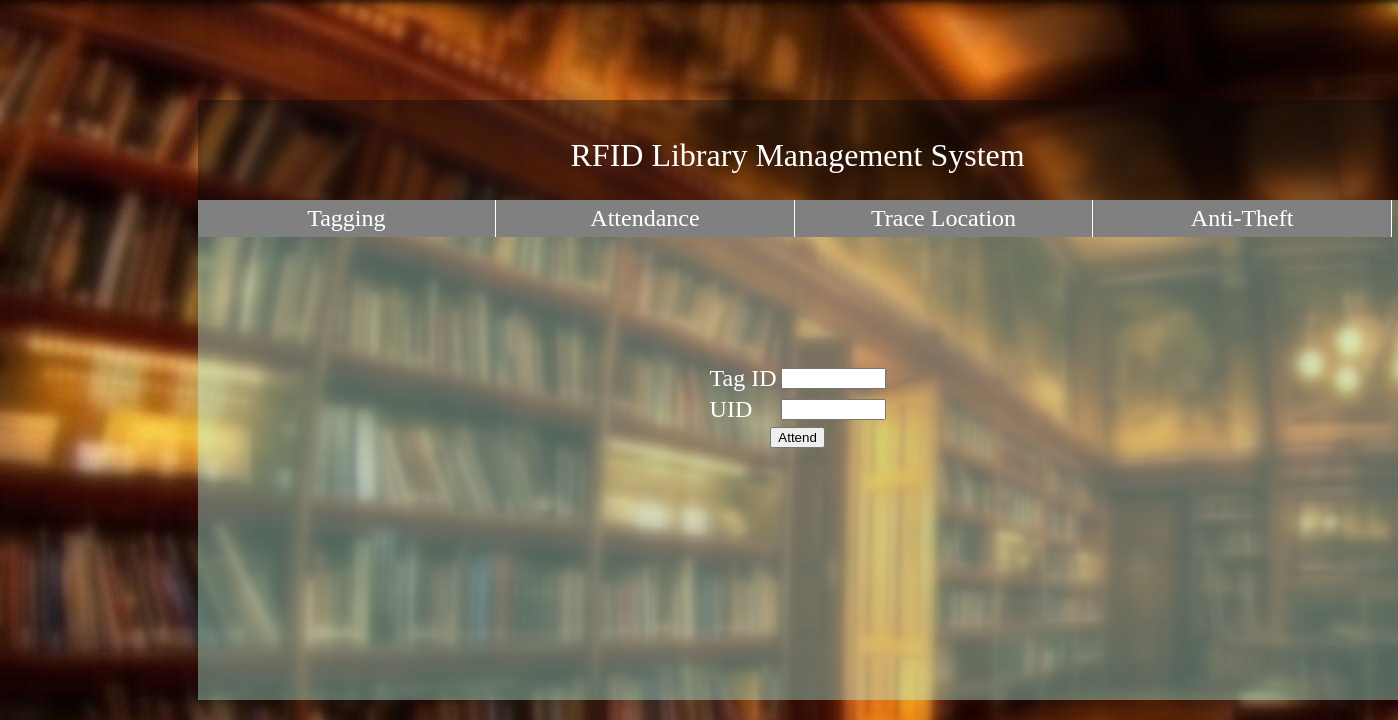
Repository: vigineshs/A-Smart-Data-Analyzer-for-Library-Management-System
Page: http://localhost/librarymgmt/attendance.jsp
The author's editor kept a copy of each file at every save. The page is drawn from the files as they stood at one save, then again after the next save.
The browser window is 1280 px wide. The page is 1398 px wide, so the pictures cover 1398 px, including what lies to the right of the window. The pictures show the whole page.
The page is served by Tomcat 9. Other server files are loaded and not shown.

Above is the page before, as saved 2013-02-11 14:46:08.

### PassiveRFID/CS203-Version 1.0.6/Demo Applications/Dot Net C#/Demo Applications Source Code/RFID/librarymgmt/WebContent/attendance.jsp
<%@ page language="java" contentType="text/html; charset=ISO-8859-1"
    pageEncoding="ISO-8859-1"%>
<!DOCTYPE html PUBLIC "-//W3C//DTD HTML 4.01 Transitional//EN" "http://www.w3.org/TR/html4/loose.dtd">
<html>
<head>
<title>RFID | Library Management System</title>
<link rel="stylesheet" type="text/css" href="page.css ">

</head>
<body>
<div class="center">
<div id="container">
<div id="header"><br/>
RFID Library Management System
</div>
<div id="content">
<ul>
<li><a href="tag.jsp">Tagging</a></li>
<li><a href="attend.jsp">Attendance</a></li>
<li><a href="locate.jsp">Trace Location</a></li>
<li><a href="#">Anti-Theft</a></li>
</ul>
<br/><br/>

	<center><form method=POST action="http://localhost:8080/librarymgmt/Attendance" onsubmit="return validateForm()" name=f1>
	<br/><br/><br/><br/>
<table>
<tr rowspan="2" ><td>Tag ID</td><td><input type=text size=10 name=btag /></td></tr>
<tr><td>UID</td><td><input type=text size=10 name=buid /></td></tr>

<tr><td colspan="2"><center><input type=submit value=Attend /></center></td></tr>
</table>
</form></center>

</div>
</div></div>
</body>
</html>

### PassiveRFID/CS203-Version 1.0.6/Demo Applications/Dot Net C#/Demo Applications Source Code/RFID/librarymgmt/WebContent/page.css
#container
{


width:1200px;
height:500px;
margin:0px;

}

ul
{

width:100%;
padding:0;
margin:0;
list-style-type:none;
}

ul a
{
float:left;
width:10.6em;
text-decoration:none;
text-align:center;
color:white;
background-color:grey;
padding:0.2em 0.9em;
border-right:1px solid white;
}

a
{
float:left;
width:8em;
text-decoration:none;
text-align:center;
color:white;
background-color:#58ACFA;
padding:0.2em 0.9em;
border-right:1px solid white;
}

a:hover {background-color:white;
color:black;}

li {display:inline;}


.center
{
margin-left:auto;
margin-right:auto;
width:70%;
}

body
{
background-image:url('images/lib.jpg');
color:white;
}

#header
{
background-image:url('images/header.png');
font-family:Monotype Corsiva;
font-size:32px;
color:white;
height:100px;
text-align:center;
float:center;
margin-top:100px;
}

#content
{
background-image:url('images/content.png');
width:1200px;
height:500px;
margin-left:0px;
overflow:hidden;
font-size:24px;
float:center;
}

#lcon
{
width:300px;
height:100%
overflow:hidden;
}

#rcon
{
width:700px;
height:100%
overflow:hidden;
margin-left:300px;
}

After the next save:
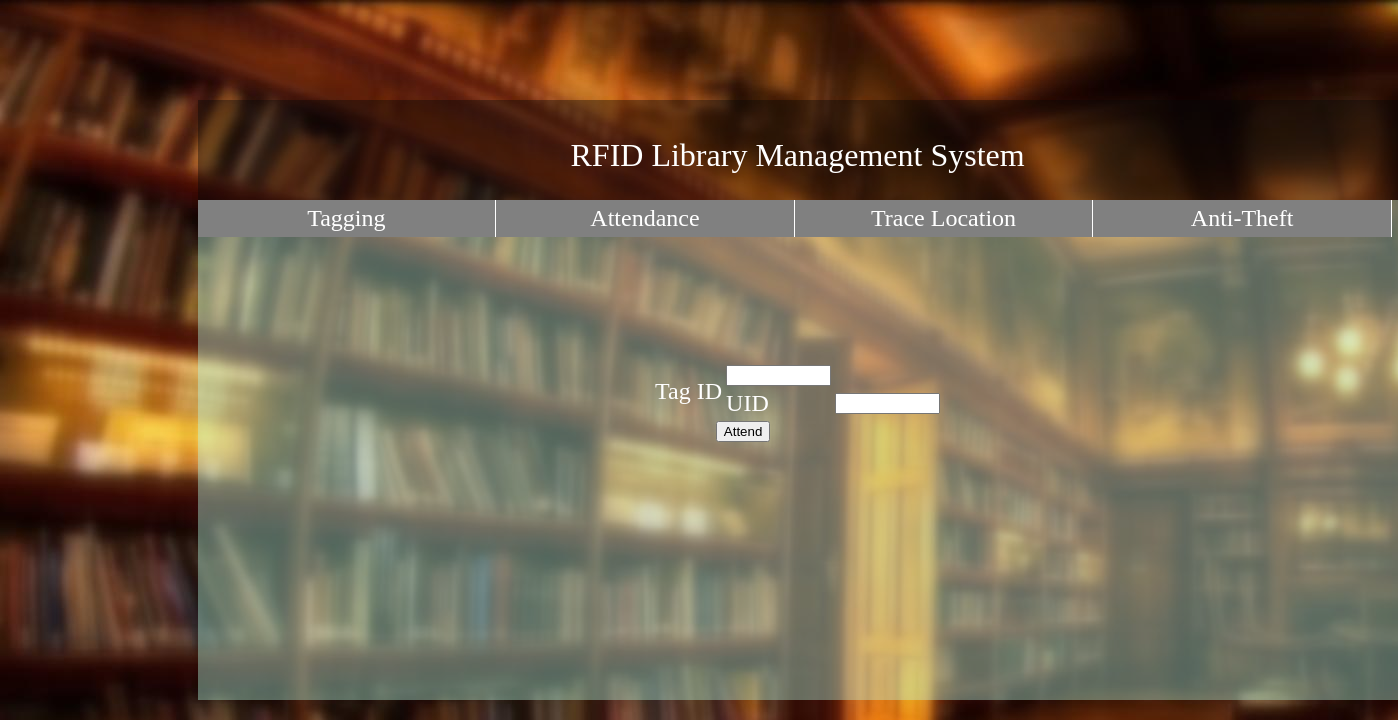
Saved 8 s later.
--- a/PassiveRFID/CS203-Version 1.0.6/Demo Applications/Dot Net C#/Demo Applications Source Code/RFID/librarymgmt/WebContent/attendance.jsp
+++ b/PassiveRFID/CS203-Version 1.0.6/Demo Applications/Dot Net C#/Demo Applications Source Code/RFID/librarymgmt/WebContent/attendance.jsp
@@ -25,7 +25,7 @@ RFID Library Management System
 	<center><form method=POST action="http://localhost:8080/librarymgmt/Attendance" onsubmit="return validateForm()" name=f1>
 	<br/><br/><br/><br/>
 <table>
-<tr rowspan="2" ><td>Tag ID</td><td><input type=text size=10 name=btag /></td></tr>
+<tr  ><td rowspan="2">Tag ID</td><td><input type=text size=10 name=btag /></td></tr>
 <tr><td>UID</td><td><input type=text size=10 name=buid /></td></tr>
 
 <tr><td colspan="2"><center><input type=submit value=Attend /></center></td></tr>
